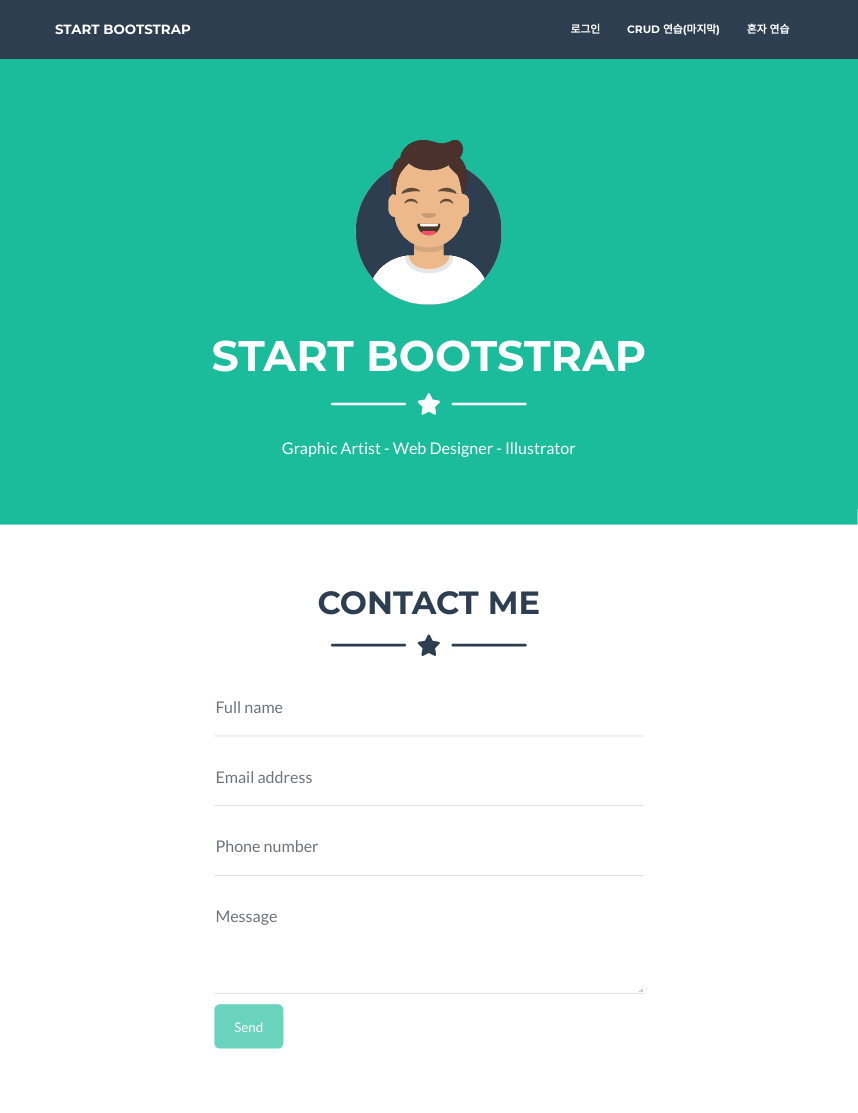
Repository: kvmhyvmvn/Study_JspServlet
Page: http://localhost/06.Last/member/login.jsp
An editor plug-in stored every save of this project. The page is shown before and after the next save, followed by the edit.
The browser window is 1280 px wide. The pictures show the whole page, at 67% of full size.
Some web libraries are served in a nearby version. The page is served by Tomcat 9.

Above is the page before, as saved 2023-05-26 01:45:25.

After the next save:
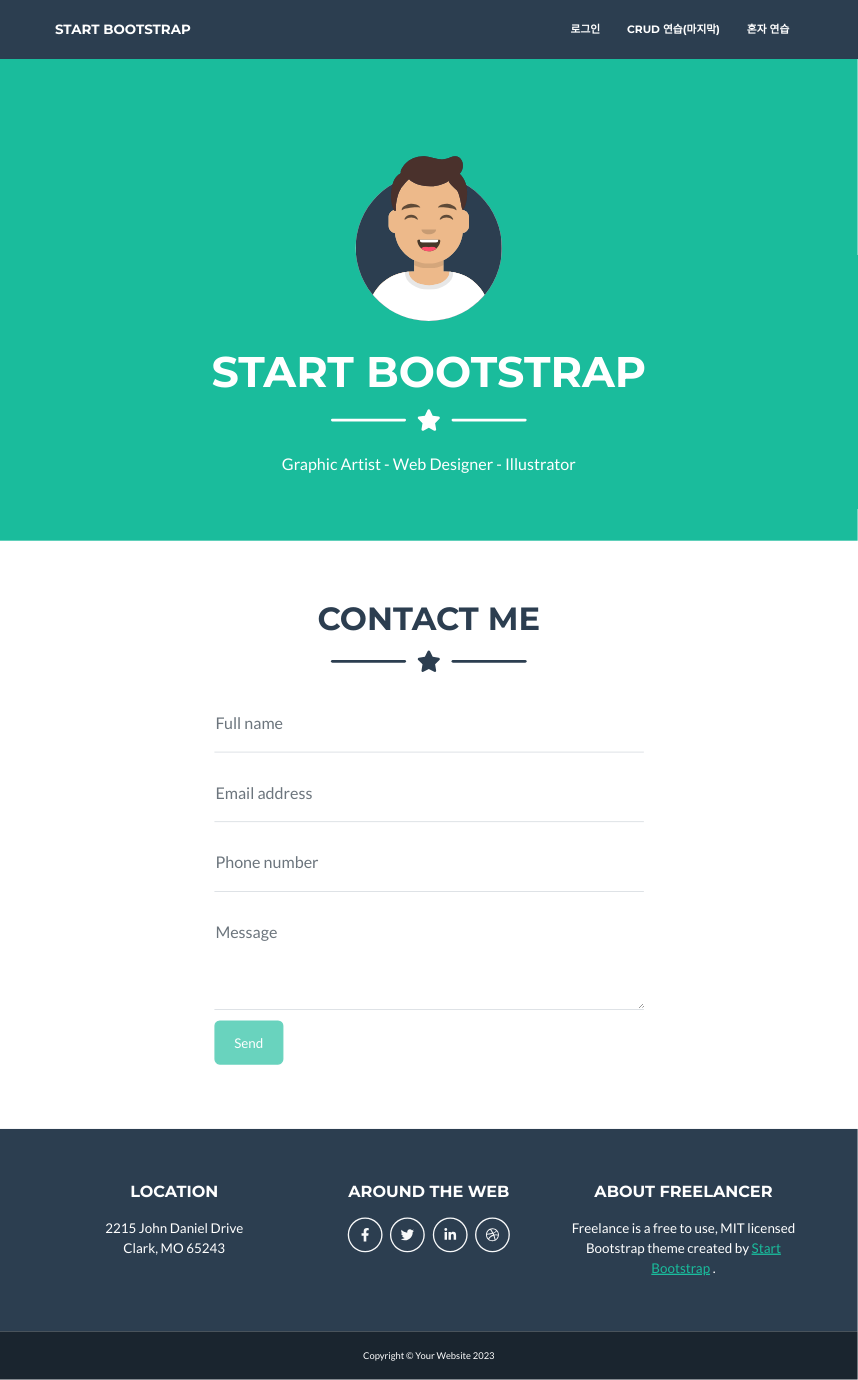
Saved 53 s later.
--- a/WorkSpace/06.Last/src/main/webapp/member/login.jsp
+++ b/WorkSpace/06.Last/src/main/webapp/member/login.jsp
@@ -2,9 +2,9 @@
     pageEncoding="UTF-8"%>
 <!DOCTYPE html>
 <html>
-<jsp:include page="/include/head.jsp"/>
+<!-- <jsp:include page="/include/head.jsp"/> -->
 <%@ include file="/include/head.jsp" %>
-<body>
+<body id = "page-top">
 <%@ include file="/include/header.jsp" %>
 	<!-- Contact Section-->
         <section class="page-section" id="contact">
@@ -77,5 +77,6 @@
                 </div>
             </div>
         </section>
+        <%@ include file="/include/footer.jsp" %>
 </body>
 </html>
